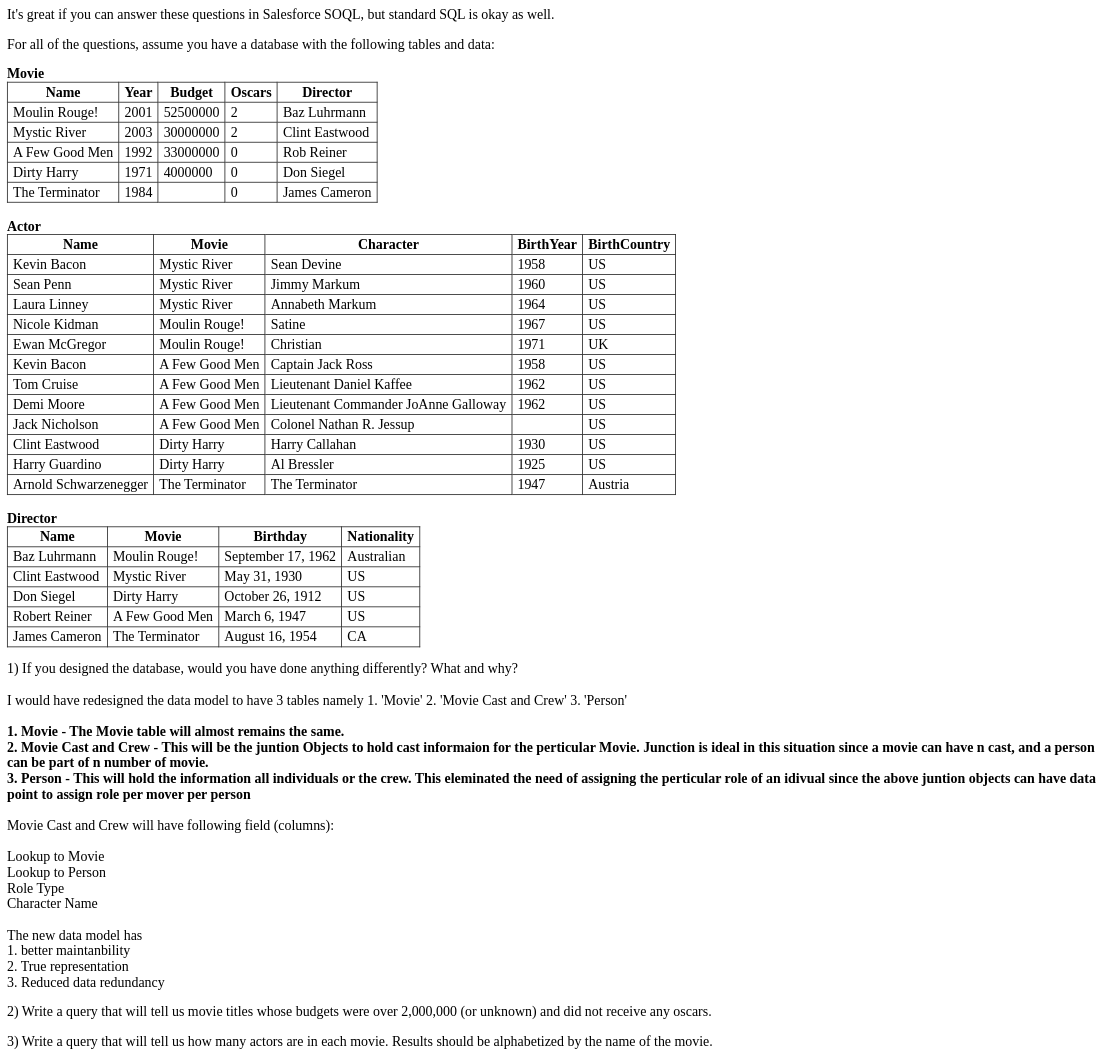
Repository: akhil33/AFFRM
Page: AFFIRM-NON-SFDC/Database.html
The author's editor kept a copy of each file at every save. The page is drawn from the files as they stood at one save, then again after the next save.
The browser window is 1280 px wide. The pictures show the whole page, at 87% of full size.

Above is the page before, as saved 2022-04-07 21:13:22.

### AFFIRM-NON-SFDC/Database.html
<html>
	<head>
		<style type="text/css">
			table { border-collapse: collapse; border: solid 1px black; }
			td, th { border: solid 1px #333; padding: 2px 6px; }
		</style>
	</head>

	<body>
		<p>It's great if you can answer these questions in Salesforce SOQL, but standard SQL is okay as well.</p>

		<p>For all of the questions, assume you have a database with the following tables and data:</p>

		<b>Movie</b>
		<table>
			<tr>
				<th>Name</th>
				<th>Year</th>
				<th>Budget</th>
				<th>Oscars</th>
				<th>Director</th>
			</tr>
			<tr>
				<td>Moulin Rouge!</td>
				<td>2001</td>
				<td>52500000</td>
				<td>2</td>
				<td>Baz Luhrmann</td>
			</tr>
			<tr>
				<td>Mystic River</td>
				<td>2003</td>
				<td>30000000</td>
				<td>2</td>
				<td>Clint Eastwood</td>
			</tr>
			<tr>
				<td>A Few Good Men</td>
				<td>1992</td>
				<td>33000000</td>
				<td>0</td>
				<td>Rob Reiner</td>
			</tr>
			<tr>
				<td>Dirty Harry</td>
				<td>1971</td>
				<td>4000000</td>
				<td>0</td>
				<td>Don Siegel</td>
			</tr>
			<tr>
				<td>The Terminator</td>
				<td>1984</td>
				<td></td>
				<td>0</td>
				<td>James Cameron</td>
			</tr>
		</table>

		<br/>
		<b>Actor</b>
		<table>
			<tr>
				<th>Name</th>
				<th>Movie</th>
				<th>Character</th>
				<th>BirthYear</th>
				<th>BirthCountry</th>
			</tr>
			<tr>
				<td>Kevin Bacon</td>
				<td>Mystic River</td>
				<td>Sean Devine</td>
				<td>1958</td>
				<td>US</td>
			</tr>
			<tr>
				<td>Sean Penn</td>
				<td>Mystic River</td>
				<td>Jimmy Markum</td>
				<td>1960</td>
				<td>US</td>
			</tr>
			<tr>
				<td>Laura Linney</td>
				<td>Mystic River</td>
				<td>Annabeth Markum</td>
				<td>1964</td>
				<td>US</td>
			</tr>
			<tr>
				<td>Nicole Kidman</td>
				<td>Moulin Rouge!</td>
				<td>Satine</td>
				<td>1967</td>
				<td>US</td>
			</tr>
			<tr>
				<td>Ewan McGregor</td>
				<td>Moulin Rouge!</td>
				<td>Christian</td>
				<td>1971</td>
				<td>UK</td>
			</tr>
			<tr>
				<td>Kevin Bacon</td>
				<td>A Few Good Men</td>
				<td>Captain Jack Ross</td>
				<td>1958</td>
				<td>US</td>
			</tr>
			<tr>
				<td>Tom Cruise</td>
				<td>A Few Good Men</td>
				<td>Lieutenant Daniel Kaffee</td>
				<td>1962</td>
				<td>US</td>
			</tr>
			<tr>
				<td>Demi Moore</td>
				<td>A Few Good Men</td>
				<td>Lieutenant Commander JoAnne Galloway</td>
				<td>1962</td>
				<td>US</td>
			</tr>
			<tr>
				<td>Jack Nicholson</td>
				<td>A Few Good Men</td>
				<td>Colonel Nathan R. Jessup</td>
				<td></td>
				<td>US</td>
			</tr>
			<tr>
				<td>Clint Eastwood</td>
				<td>Dirty Harry</td>
				<td>Harry Callahan</td>
				<td>1930</td>
				<td>US</td>
			</tr>
			<tr>
				<td>Harry Guardino</td>
				<td>Dirty Harry</td>
				<td>Al Bressler</td>
				<td>1925</td>
				<td>US</td>
			</tr>
			<tr>
				<td>Arnold Schwarzenegger</td>
				<td>The Terminator</td>
				<td>The Terminator</td>
				<td>1947</td>
				<td>Austria</td>
			</tr>
		</table>

		<br/>
		<b>Director</b>
		<table>
			<tr>
				<th>Name</th>
				<th>Movie</th>
				<th>Birthday</th>
				<th>Nationality</th>
			</tr>
			<tr>
				<td>Baz Luhrmann</td>
				<td>Moulin Rouge!</td>
				<td>September 17, 1962</td>
				<td>Australian</td>
			</tr>
			<tr>
				<td>Clint Eastwood</td>
				<td>Mystic River</td>
				<td>May 31, 1930</td>
				<td>US</td>
			</tr>
			<tr>
				<td>Don Siegel</td>
				<td>Dirty Harry</td>
				<td>October 26, 1912</td>
				<td>US</td>
			</tr>
			<tr>
				<td>Robert Reiner</td>
				<td>A Few Good Men</td>
				<td>March 6, 1947</td>
				<td>US</td>
			</tr>
			<tr>
				<td>James Cameron</td>
				<td>The Terminator</td>
				<td>August 16, 1954</td>
				<td>CA</td>
			</tr>
		</table>


		<p>1) If you designed the database, would you have done anything differently? What and why?
			<br><br>
			I would have redesigned the data model to have 3 tables namely 1. 'Movie' 2. 'Movie Cast and Crew' 3. 'Person'
			<br><br><strong>
			1. Movie - The Movie table will almost remains the same. <br>
			2. Movie Cast and Crew - This will be the juntion Objects to hold cast informaion for the perticular Movie. Junction is ideal in this situation since a movie can have n cast, and a person can be part of n number of movie.<br>
			3. Person - This will hold the information all individuals or the crew. This eleminated the need of assigning the perticular role of an idivual since the above juntion objects can have data point to assign role per mover per person
			<br></strong><br>

			Movie Cast and Crew will have following field (columns):<br><br>
				Lookup to Movie 	<br>
				Lookup to Person <br>
				Role Type	<br>
				Character Name <br> <br>


			The new data model has <br>
			1. better maintanbility<br>
			2. True representation<br>
			3. Reduced data redundancy<br>

		<p>2) Write a query that will tell us movie titles whose budgets were over 2,000,000 (or unknown) and did not receive any oscars.

		<!--
			<p> select Name from Movie where Oscars = 0   // this querty will fetch the results mentioned but not a better coding style</p>
			<p> Select Name from Movie where Oscars = 0 and (Budget is null or Budget > 2000000)  // preferred.</p>
		-->

		<p>3) Write a query that will tell us how many actors are in each movie.  Results should be alphabetized by the name of the movie.</p>

		<!--
			<p> Select Movie,Count(Name) from Actor group by Movie test order by Movie asc </p>
		-->



	</body>
</html>

After the next save:
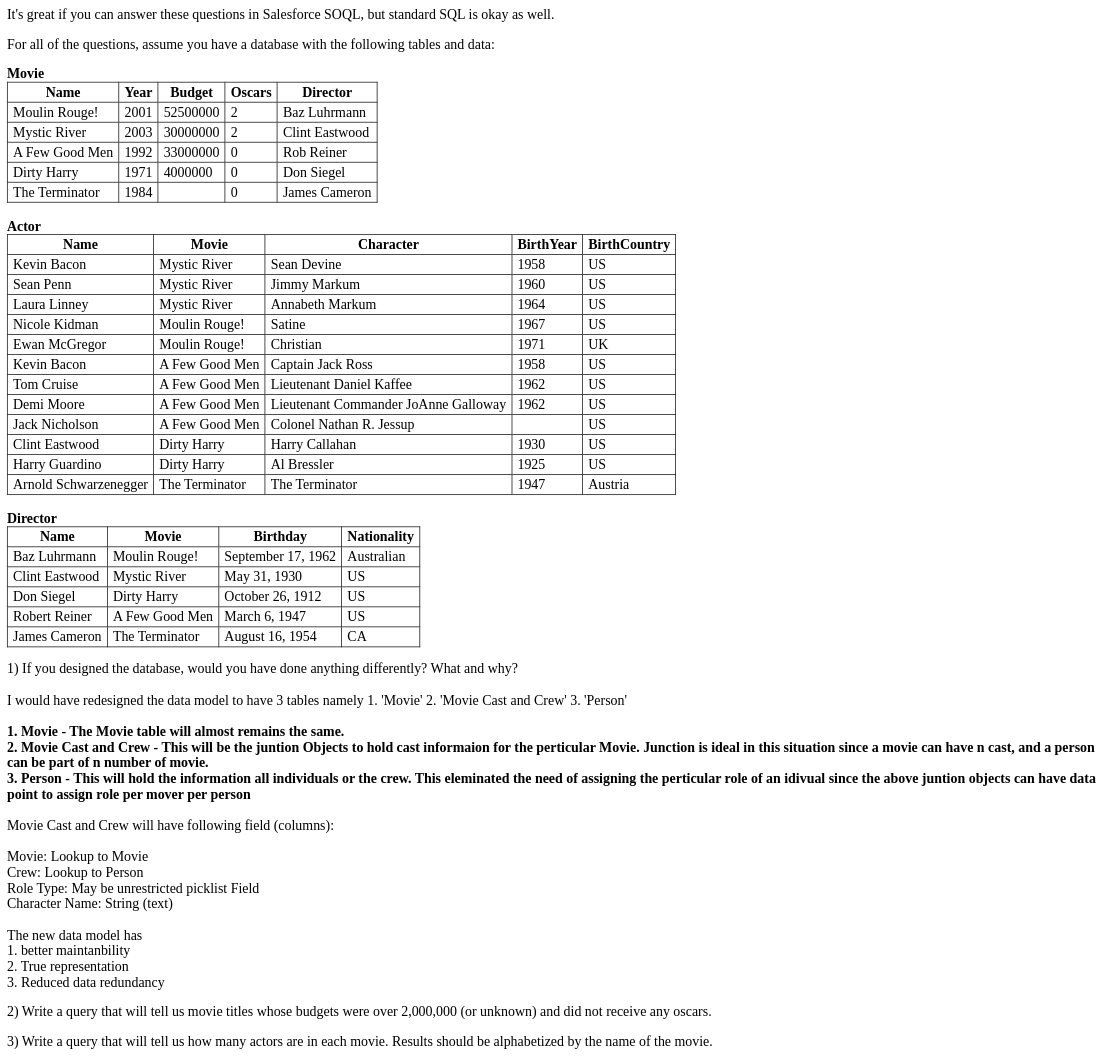
Saved 54 s later.
--- a/AFFIRM-NON-SFDC/Database.html
+++ b/AFFIRM-NON-SFDC/Database.html
@@ -205,10 +205,10 @@
 			<br></strong><br>
 
 			Movie Cast and Crew will have following field (columns):<br><br>
-				Lookup to Movie 	<br>
-				Lookup to Person <br>
-				Role Type	<br>
-				Character Name <br> <br>
+				Movie: Lookup to Movie 	<br>
+				Crew: Lookup to Person <br>
+				Role Type: May be unrestricted picklist Field	<br>
+				Character Name: String (text) <br> <br>
 
 
 			The new data model has <br>
